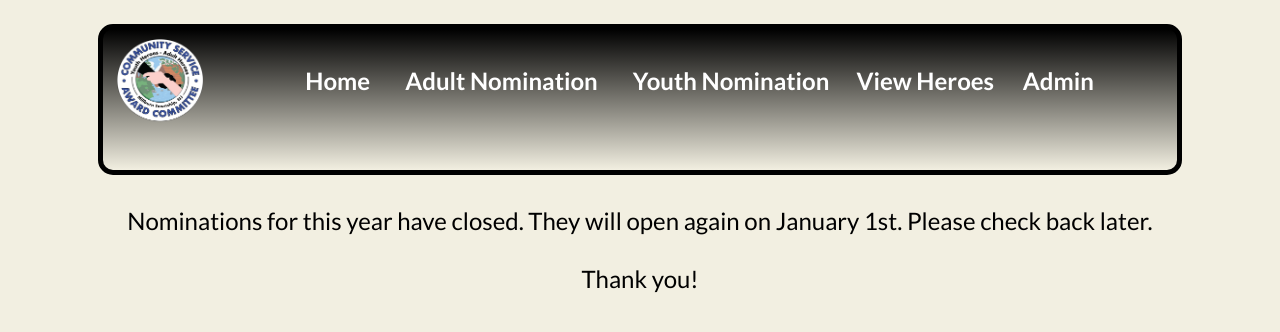
Repository: Centrattic/Young-Heroes-Website
Page: http://localhost/Frontend/nomination.php
An editor plug-in stored every save of this project. The page is shown before and after the next save, followed by the edit.
The browser window is 1280 px wide. The pictures show the whole page.
The page is run by PHP 8.4 with error messages shown; the project is at /var/www/html/. Queries for data that is not in the repository find no rows.

Above is the page before, as saved 2020-12-10 14:08:05.

After the next save:
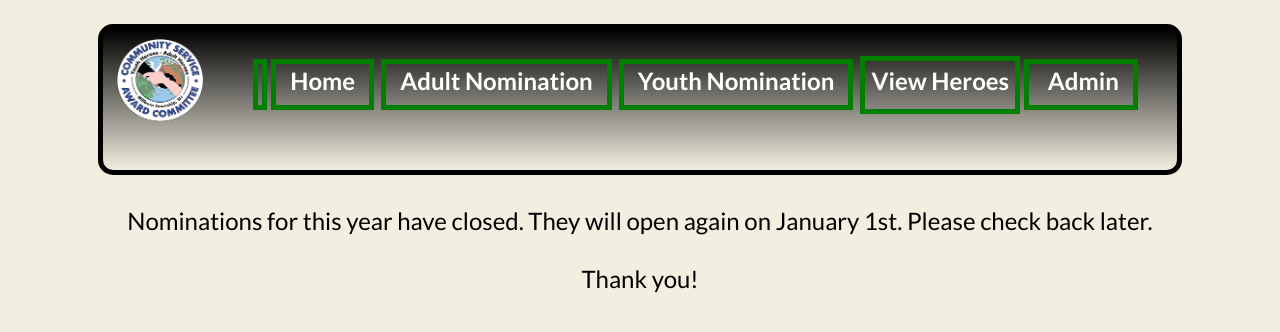
Saved 22 s later.
--- a/Eagle Project/CSS/navbar.css
+++ b/Eagle Project/CSS/navbar.css
@@ -14,6 +14,7 @@
     font-weight: bold;
     font-size: 1.5em;
     padding-bottom: 10px;
+    border: 5px solid green;
 }
 
 .menu-area .non-dropdown a{

After the save that followed:
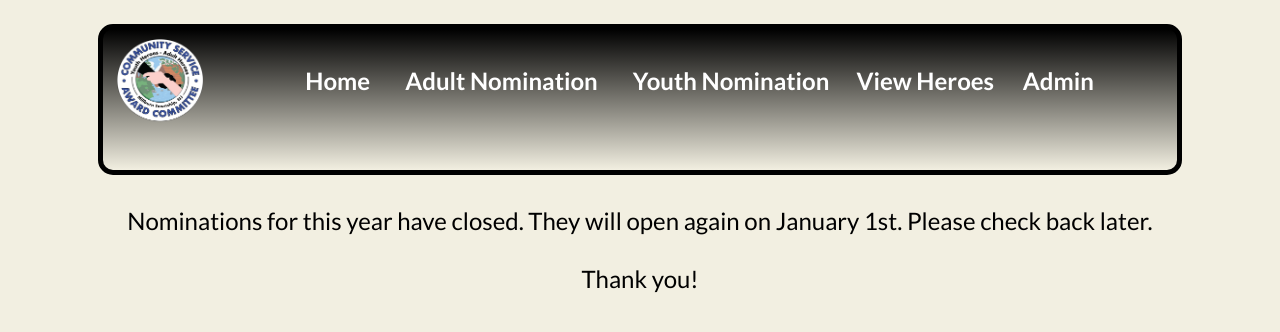
Saved 15 s later.
--- a/Eagle Project/CSS/navbar.css
+++ b/Eagle Project/CSS/navbar.css
@@ -14,7 +14,7 @@
     font-weight: bold;
     font-size: 1.5em;
     padding-bottom: 10px;
-    border: 5px solid green;
+
 }
 
 .menu-area .non-dropdown a{
